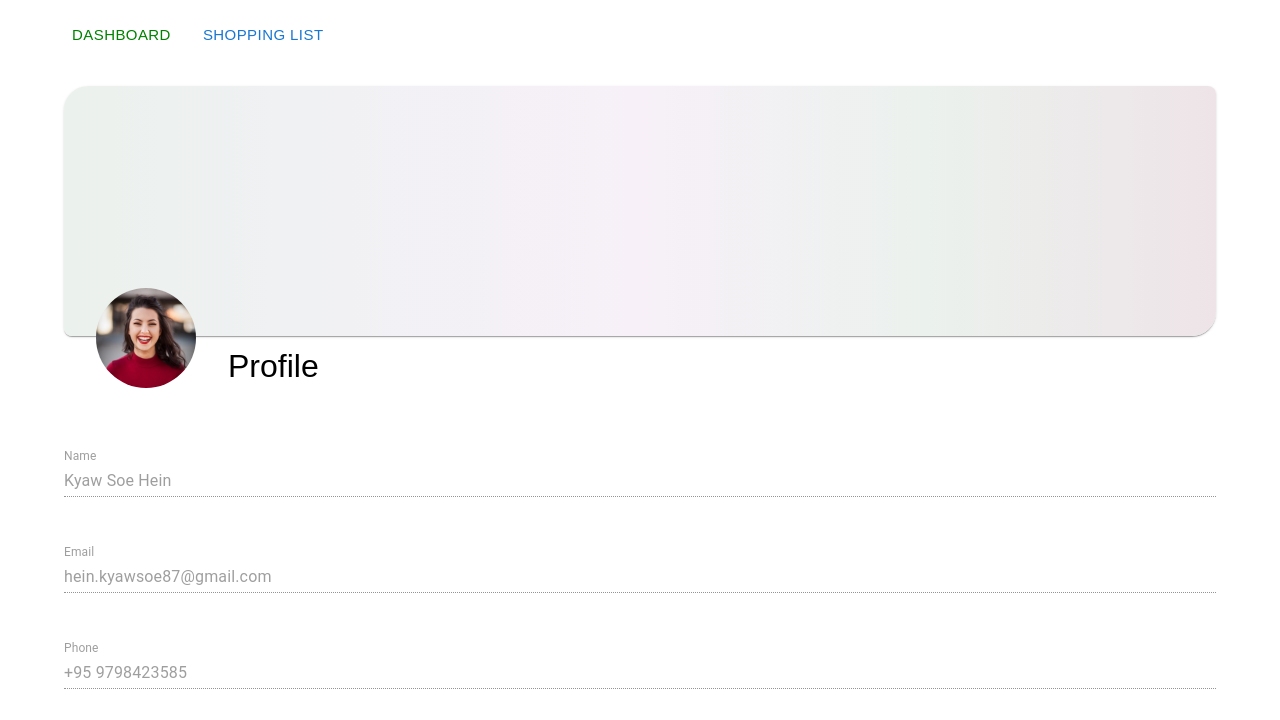
Repository: KyawSoeHein/GoogleAuthReact
Page: /
The author's editor kept a copy of each file at every save. The page is drawn from the files as they stood at one save, then again after the next save.
The browser window is 1280 px wide. The pictures show the whole page.
The project was rebuilt for these pictures with package versions that can differ from the ones it lists, and the page was loaded fresh each time.

Above is the page before, as saved 2022-02-14 20:23:46.

### src/index.tsx
import React from "react";
import ReactDOM from "react-dom";
import "./index.css";
import App from "./App";
import Dashboard from "./View/Dashboard";
import reportWebVitals from "./reportWebVitals";

ReactDOM.render(
  <React.StrictMode>
    <Dashboard />
  </React.StrictMode>,
  document.getElementById("root")
);

// If you want to start measuring performance in your app, pass a function
// to log results (for example: reportWebVitals(console.log))
// or send to an analytics endpoint. Learn more: https://bit.ly/CRA-vitals
reportWebVitals();

### src/View/Dashboard.tsx
import React from "react";
import { Container, Grid, Stack } from "@mui/material";
import MenuSelection from "../Components/MenuSelection";
import UserInfo from "../Components/UserInfo";
import CoverAndProfilePhoto from "../Components/CoverAndProfilePhoto";

const Dashboard = () => {
  const dividerSpace = 16;

  return (
    <Grid>
      <Container>
        <div style={{ marginTop: dividerSpace, justifyContent: "flex-end" }}>
          <MenuSelection />
        </div>

        <div style={{ marginTop: 2 * dividerSpace }}>
          <CoverAndProfilePhoto />
        </div>

        <div style={{ marginTop: 2 * dividerSpace }}>
          <UserInfo />
        </div>
      </Container>
    </Grid>
  );
};

export default Dashboard;

### src/Components/MenuSelection.tsx
import React from "react";
import { Button, Stack } from "@mui/material";
import "../App.css";

const MenuSelection = () => {
  const buttonFontSize = 15;

  return (
    <Stack direction={"row"} spacing={2}>
      <Button
        sx={{
          fontSize: buttonFontSize,
          fontFamily: "sans-serif",
          color: "green",
        }}
      >
        Dashboard
      </Button>
      <Button sx={{ fontSize: buttonFontSize, fontFamily: "sans-serif" }}>
        Shopping List
      </Button>
    </Stack>
  );
};

export default MenuSelection;

### src/Components/UserInfo.tsx
import React from "react";
import { Button, Stack, TextField } from "@mui/material";
import "../App.css";

const UserInfo = () => {
  const buttonFontSize = 15;

  return (
    <Stack spacing={6}>
      <TextField
        disabled
        id="standard-disabled"
        label="Name"
        defaultValue="Kyaw Soe Hein"
        variant="standard"
      />

      <TextField
        disabled
        id="standard-disabled"
        label="Email"
        defaultValue="hein.kyawsoe87@gmail.com"
        variant="standard"
      />

      <TextField
        disabled
        id="standard-disabled"
        label="Phone"
        defaultValue="+95 9798423585"
        variant="standard"
      />
    </Stack>
  );
};

export default UserInfo;

### src/Components/CoverAndProfilePhoto.tsx
import React from "react";
import { Avatar, Button, Paper, Stack } from "@mui/material";
import "../App.css";
import profile from "../images/profile.jpg";

const CoverAndProfilePhoto = () => {
  return (
    <div>
      <Paper
        elevation={1}
        sx={{
          height: 250,
          borderTopRightRadius: 8,
          borderTopLeftRadius: 24,
          borderBottomLeftRadius: 8,
          borderBottomRightRadius: 24,
          background:
            "linear-gradient(to right, rgb(235,241,237), rgb(241,241,244), rgb(247,240,248), rgb(235,241,237), rgb(238,228,232))",
        }}
      ></Paper>

      <div className="coverPhoto">
        <Avatar
          alt="Remy Sharp"
          src={profile}
          sx={{ width: 100, height: 100, marginTop: -6, marginLeft: 4 }}
        />
        <div style={{ marginLeft: 32, marginTop: -20 }}>
          <p className="profileTitle">Profile</p>
        </div>
      </div>
    </div>
  );
};

export default CoverAndProfilePhoto;

### src/App.css
.App {
  text-align: center;
}

.App-logo {
  height: 40vmin;
  pointer-events: none;
}

@media (prefers-reduced-motion: no-preference) {
  .App-logo {
    animation: App-logo-spin infinite 20s linear;
  }
}

.App-header {
  background-color: #282c34;
  min-height: 100vh;
  display: flex;
  flex-direction: column;
  align-items: center;
  justify-content: center;
  font-size: calc(10px + 2vmin);
  color: white;
}

.App-link {
  color: #61dafb;
}

@keyframes App-logo-spin {
  from {
    transform: rotate(0deg);
  }
  to {
    transform: rotate(360deg);
  }
}

.profileTitle {
  font-size: 32px;
  font-family: sans-serif;
  /* font-weight: bold; */
}

.coverPhoto {
  display: flex;
  flex-direction: row;
  flex: 1;
}

Loaded but not shown: public/index.html (common file); src/index.css (common file); src/reportWebVitals.ts (common file)

After the next save:
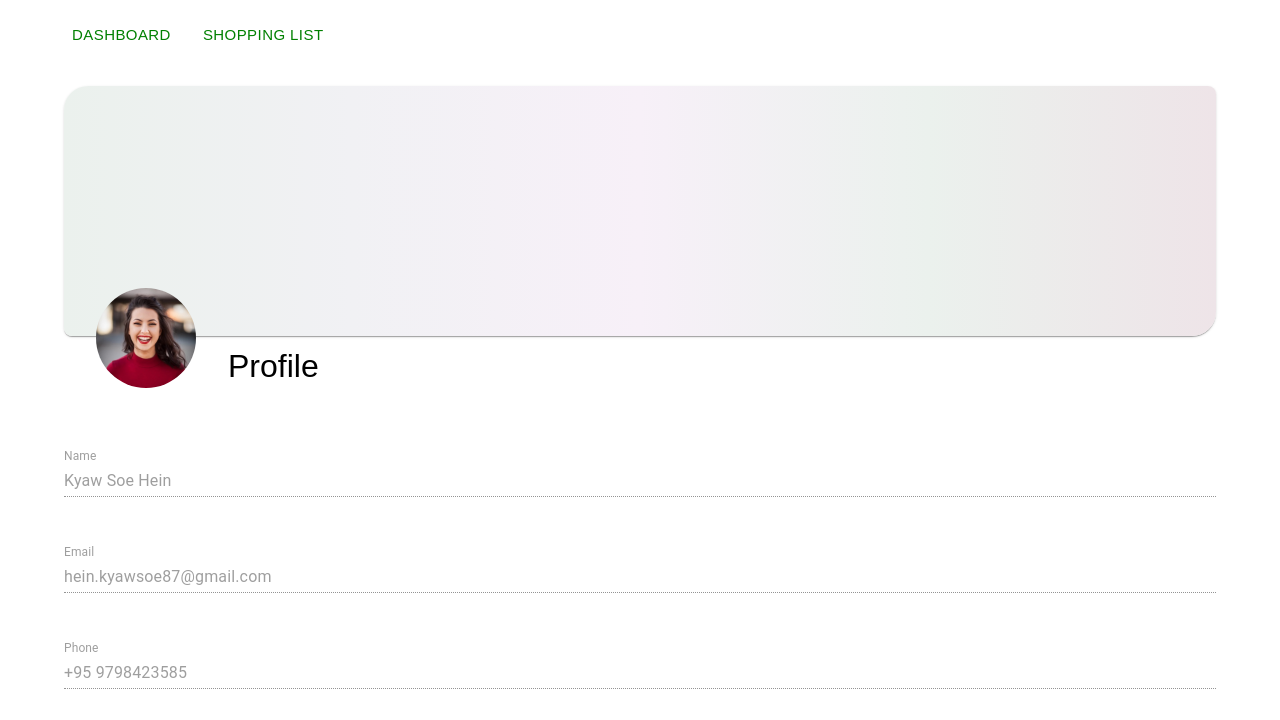
Saved 7 s later.
--- a/src/Components/MenuSelection.tsx
+++ b/src/Components/MenuSelection.tsx
@@ -16,7 +16,13 @@ const MenuSelection = () => {
       >
         Dashboard
       </Button>
-      <Button sx={{ fontSize: buttonFontSize, fontFamily: "sans-serif" }}>
+      <Button
+        sx={{
+          fontSize: buttonFontSize,
+          fontFamily: "sans-serif",
+          color: "green",
+        }}
+      >
         Shopping List
       </Button>
     </Stack>
